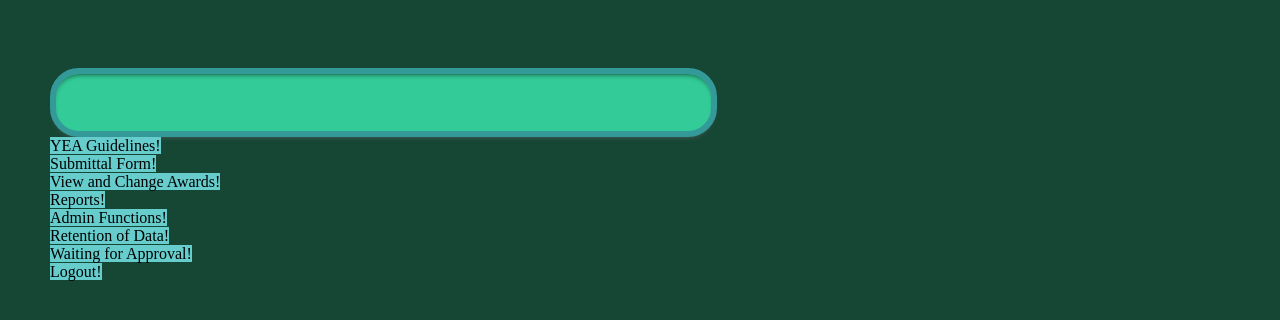
Repository: prajaktamore/Web-Based-Programming-3
Page: http://localhost/BinaryCalculator/entranceAdmin.jsp
The author's editor kept a copy of each file at every save. The page is drawn from the files as they stood at one save, then again after the next save.
The browser window is 1280 px wide. The pictures show the whole page.
The page is served by Tomcat 9. Other server files are loaded and not shown.

Above is the page before, as saved 2014-05-04 08:59:09.

### BinaryCalculator/WebContent/entranceAdmin.jsp
<%@ page language="java" contentType="text/html; charset=ISO-8859-1"
    pageEncoding="ISO-8859-1"%>
<!DOCTYPE html PUBLIC "-//W3C//DTD HTML 4.01 Transitional//EN" "http://www.w3.org/TR/html4/loose.dtd">
<html>
<head>
<meta http-equiv="Content-Type" content="text/html; charset=ISO-8859-1">
<title>Welcome Administrator</title>
<link href="more.css" rel="stylesheet" type="text/css" />
</head>
<body>
<body>
<br><input type="text" readonly="readonly" value="${sessionScope.username}" style ="background: #33CC99; height:55px; width: 600px;text-align:right;font-size:35px; border-radius: 2em; border:6px solid #339999;border-radius:29px; color: #fff; padding-left: 1.5em; outline: none; box-shadow: 0 4px 6px -5px hsl(0, 0%, 40%), inset 0px 4px 6px -5px hsl(0, 0%, 2%)">
<br><a href="/BinaryCalculator/yeaGuidelines.jsp">YEA Guidelines!</a>
<br><a href="/BinaryCalculator/submittal.jsp">Submittal Form!</a>
<br><a href="/BinaryCalculator/AdminAwardChange.jsp">View and Change Awards!</a>
<br><a href="/BinaryCalculator/Reports.jsp">Reports!</a>
<br><a href="/BinaryCalculator/AdminFunctionLogin.jsp">Admin Functions!</a>
<br><a href="/BinaryCalculator/Retention.jsp">Retention of Data!</a>
<br><a href="/BinaryCalculator/Waiting.jsp">Waiting for Approval!</a>
<br><a href="/BinaryCalculator/Login.jsp">Logout!</a>
</body>
</body>
</html>

### BinaryCalculator/WebContent/more.css
/*
    author : Prajakta More
    date created : 11 Feb 2014
	Version:  1
    copyright information : Binghamton University
*/

/*Defines style for body tag all fields declared in body tag will follow below style for margins and background*/
body
{
margin-top:50px;
margin-left:50px;
margin-right:50px;
margin-bottom:50px;
background:#154734;
}



input#submit {
    padding: 4px 40px;
    /*give the background a gradient*/
    background:#ffae00; /*fallback for browsers that don't support gradients*/
    background: -webkit-linear-gradient(top, #ffae00, #d67600);
    background: -moz-linear-gradient(top, #ffae00, #d67600);
    background: -o-linear-gradient(top, #ffae00, #d67600);
    background: linear-gradient(top, #ffae00, #d67600);
    border:2px outset #dad9d8;
    /*style the text*/
    font-family:Andika, Arial, sans-serif;
    font-size:1.1em;
    letter-spacing:0.05em;
    text-transform:uppercase;
    color:#fff;
    text-shadow: 0px 1px 10px #000;
    /*add to small curve to the corners of the button*/
    -webkit-border-radius: 15px;
    -moz-border-radius: 15px;
    border-radius: 15px;
    /*give the button a drop shadow*/
    -webkit-box-shadow: rgba(0, 0, 0, .55) 0 1px 6px;
    -moz-box-shadow: rgba(0, 0, 0, .55) 0 1px 6px;
    box-shadow: rgba(0, 0, 0, .55) 0 1px 6px;
    }
    /****NOW STYLE THE BUTTON'S HOVER STATE***/
    input#submit:hover, input#submit:focus {
    border:2px solid #dad9d8;
    }



/*Defines style for table tag all fields declared in table tag will follow below style for border*/
table
{
border: 0px solid #154734;
content-type:text/plain;
charset=iso-8859-1 ;
}
/*Defines style for table data tag all fields declared in table data tag will follow below style for border and text color */
td
{
border: 0px solid #154734;
color:white;
}
/*Defines style for paragraph tag  with class type defined as ex2 all fields declared in paragraph tag will follow below style for font, color, text align*/
p.ex2
{
font:30px arial,sans-serif,centre;
color:#ffffff;
text-align:center;
}
/*Defines style for paragraph tag  with class type defined as ex1 all fields declared in paragraph tag will follow below style for font, color, text align*/
p.ex1
{
font:18px arial,sans-serif,centre;
color:#ffffff;
text-align:center;
}
/*Defines style for img tag all with class name as ex3 fields declared in img tag will
follow below style for margins, background, padding, border, background -color, height, width, float, text- align*/
img.ex3
{
  margin: 5px;
  padding: 5px;
  background-color: #ffffff;
  border: 3px solid #ffffff;
  height: 375px;
  width: 250px;
  float: left;
  text-align: left;
}
/*Defines style for a href tag and its properties for different states as link, visited, hover, active*/
a:link {text-decoration:none;
background-color:#66CCCC;
color:#000000;
}
a:visited {text-decoration:none;
background-color:#9999CC;
color:#660033;
}
a:hover {text-decoration:underline;
background-color:#CC99CC;
color:#000033;
}
a:active {text-decoration:underline;
background-color:#FF99CC;
color:#330000;
}

After the next save:
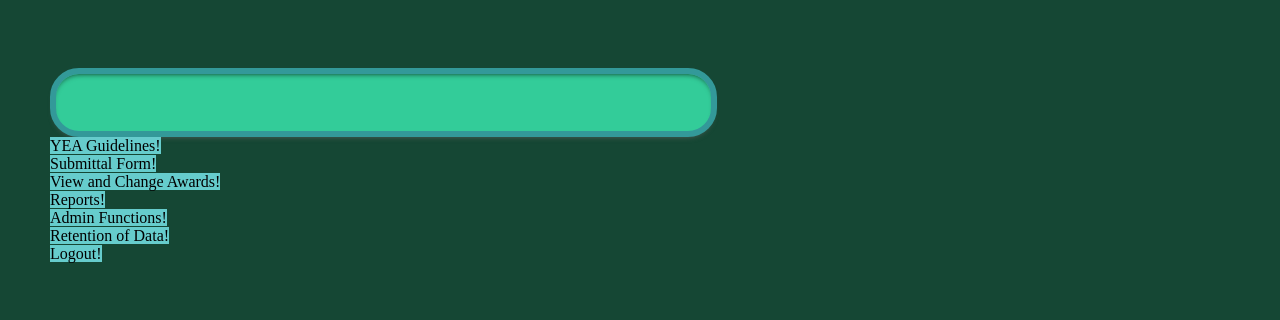
Saved 8 min 6 s later.
--- a/BinaryCalculator/WebContent/entranceAdmin.jsp
+++ b/BinaryCalculator/WebContent/entranceAdmin.jsp
@@ -16,7 +16,6 @@
 <br><a href="/BinaryCalculator/Reports.jsp">Reports!</a>
 <br><a href="/BinaryCalculator/AdminFunctionLogin.jsp">Admin Functions!</a>
 <br><a href="/BinaryCalculator/Retention.jsp">Retention of Data!</a>
-<br><a href="/BinaryCalculator/Waiting.jsp">Waiting for Approval!</a>
 <br><a href="/BinaryCalculator/Login.jsp">Logout!</a>
 </body>
 </body>
